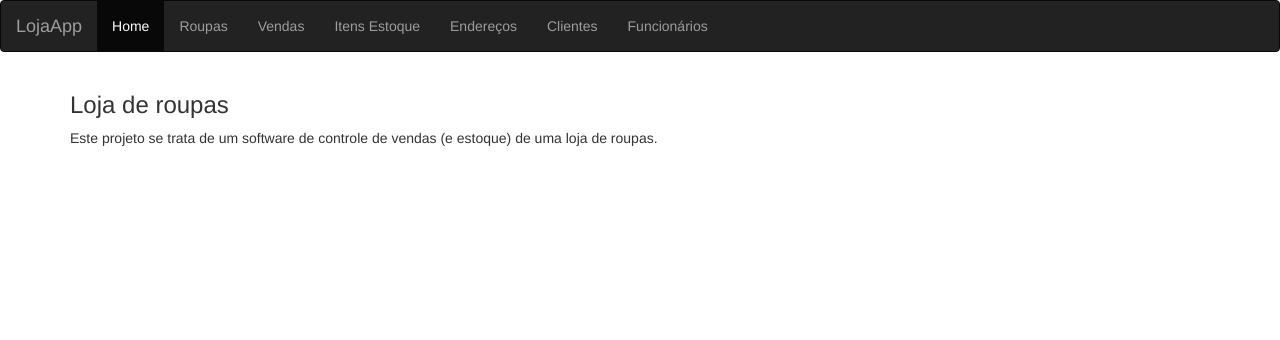
Repository: rafaeldomenici/JavaWeb_AT
Page: rafaeldomenici/src/main/resources/index.html
An editor plug-in stored every save of this project. The page is shown before and after the next save, followed by the edit.
The browser window is 1280 px wide. The pictures show the whole page.

Above is the page before, as saved 2024-04-02 22:34:20.

After the next save:
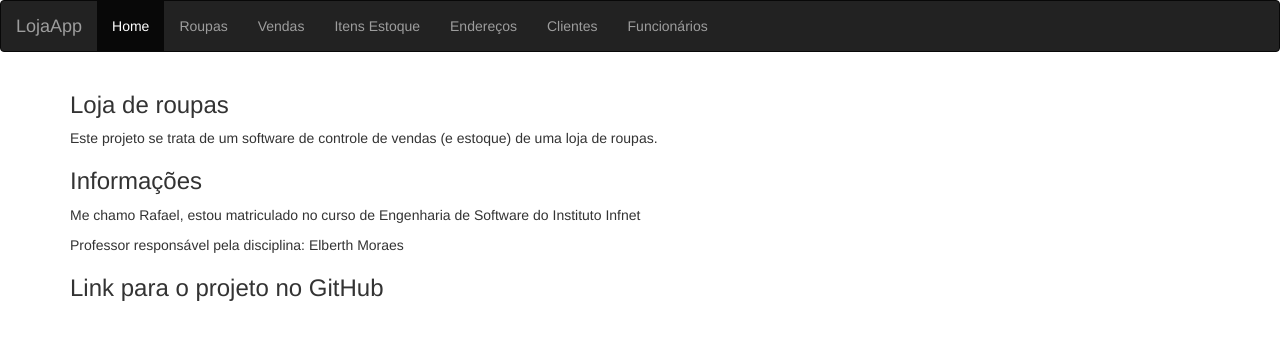
Saved 52 min 45 s later.
--- a/rafaeldomenici/src/main/resources/index.html
+++ b/rafaeldomenici/src/main/resources/index.html
@@ -30,6 +30,11 @@
 <div class="container">
   <h3>Loja de roupas</h3>
   <p>Este projeto se trata de um software de controle de vendas (e estoque) de uma loja de roupas.</p>
+  <h3>Informações</h3>
+  <p>Me chamo Rafael, estou matriculado no curso de Engenharia de Software do Instituto Infnet</p>
+  <p>Professor responsável pela disciplina: Elberth Moraes</p>
+  <h3>Link para o projeto no GitHub</h3>
+  <a href=https://github.com/rafaeldomenici/JavaWeb_AT"></a>
 </div>
 
 </body>
